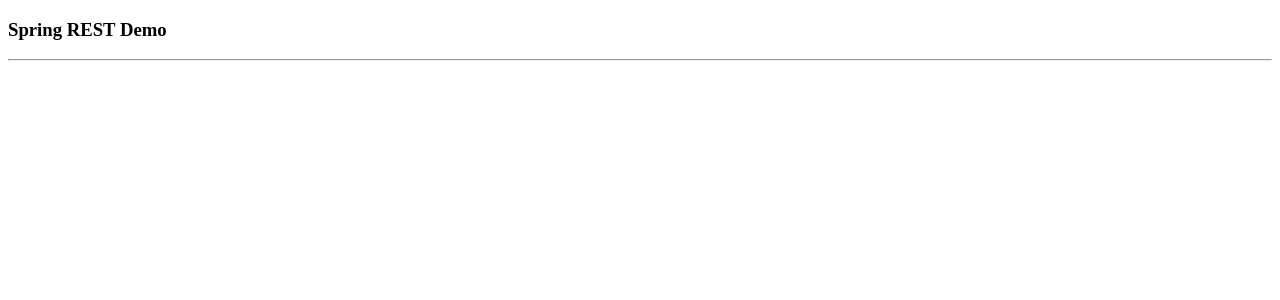
Repository: RKSAHOO4414/spring_basic
Page: http://localhost/spring-rest-demo/
An editor plug-in stored every save of this project. The page is shown before and after the next save, followed by the edit.
The browser window is 1280 px wide. The pictures show the whole page.
The page is served by Tomcat 9.

Above is the page before, as saved 2022-07-25 12:22:46.

After the next save:
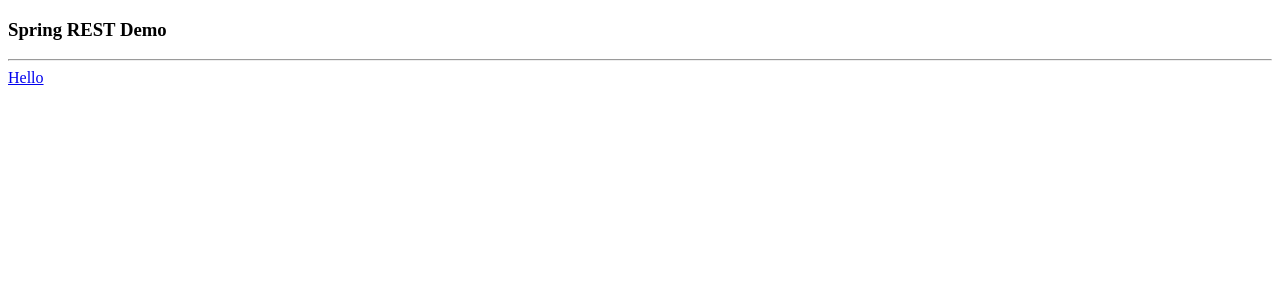
Saved 74 s later.
--- a/spring-rest-demo/src/main/webapp/index.jsp
+++ b/spring-rest-demo/src/main/webapp/index.jsp
@@ -11,5 +11,7 @@
 	<h3>Spring REST Demo</h3>
 	<hr>
 
+	<a href="test/hello">Hello</a>
+
 </body>
 </html>
